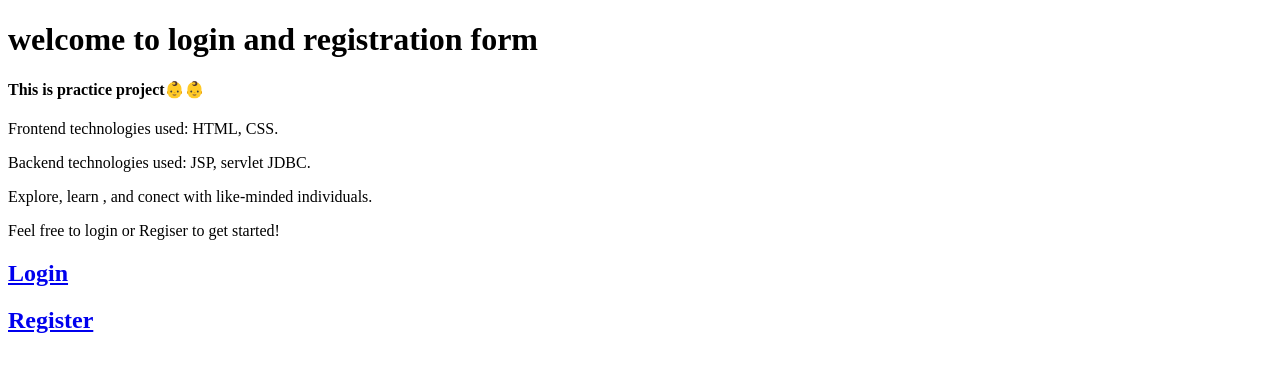
Repository: Rajivkumar2023/java-practice
Page: Login-Registration/src/main/webapp/index.html
The author's editor kept a copy of each file at every save. The page is drawn from the files as they stood at one save, then again after the next save.
The browser window is 1280 px wide. The pictures show the whole page.

Above is the page before, as saved 2024-07-31 06:47:32.

After the next save:
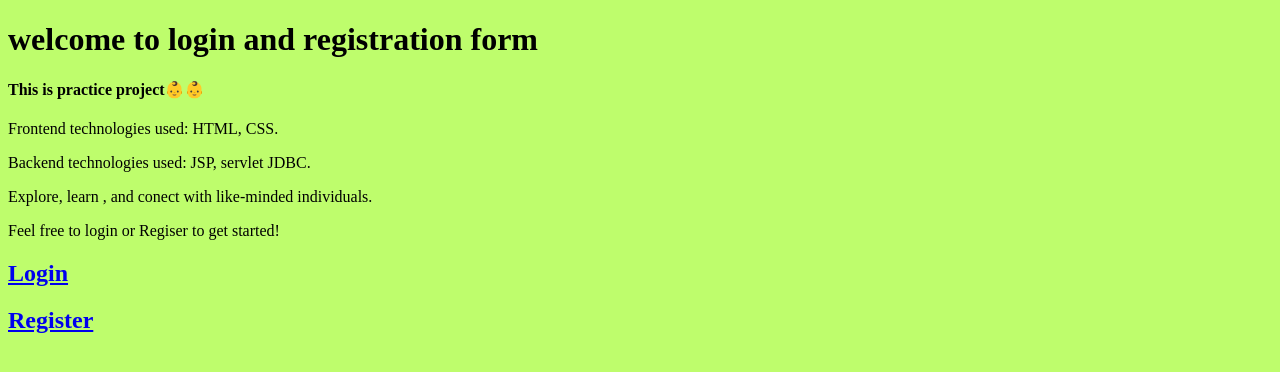
Saved 85 s later.
--- a/Login-Registration/src/main/webapp/index.html
+++ b/Login-Registration/src/main/webapp/index.html
@@ -3,6 +3,7 @@
 <head>
 <meta charset="UTF-8">
 <title>Insert title here</title>
+<link rel="stylesheet" type="text/css" href="index.css">
 </head>
 <body>
 <h1> welcome to login and registration form</h1>
